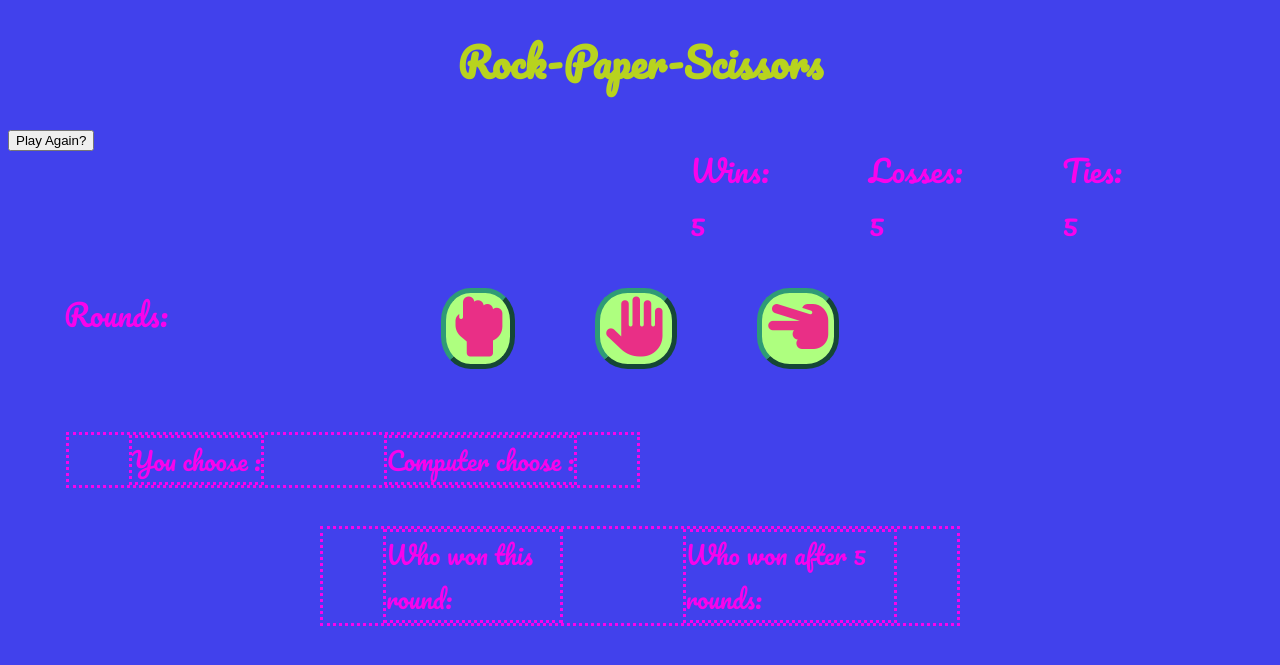
Repository: 0101chaitanya/Rock-Paper-Scissors
Page: index.html
The author's editor kept a copy of each file at every save. The page is drawn from the files as they stood at one save, then again after the next save.
The browser window is 1280 px wide. The pictures show the whole page.
Some web libraries are served in a nearby version.

Above is the page before, as saved 2021-05-15 01:24:27.
Not found: linkk.js

After the next save:
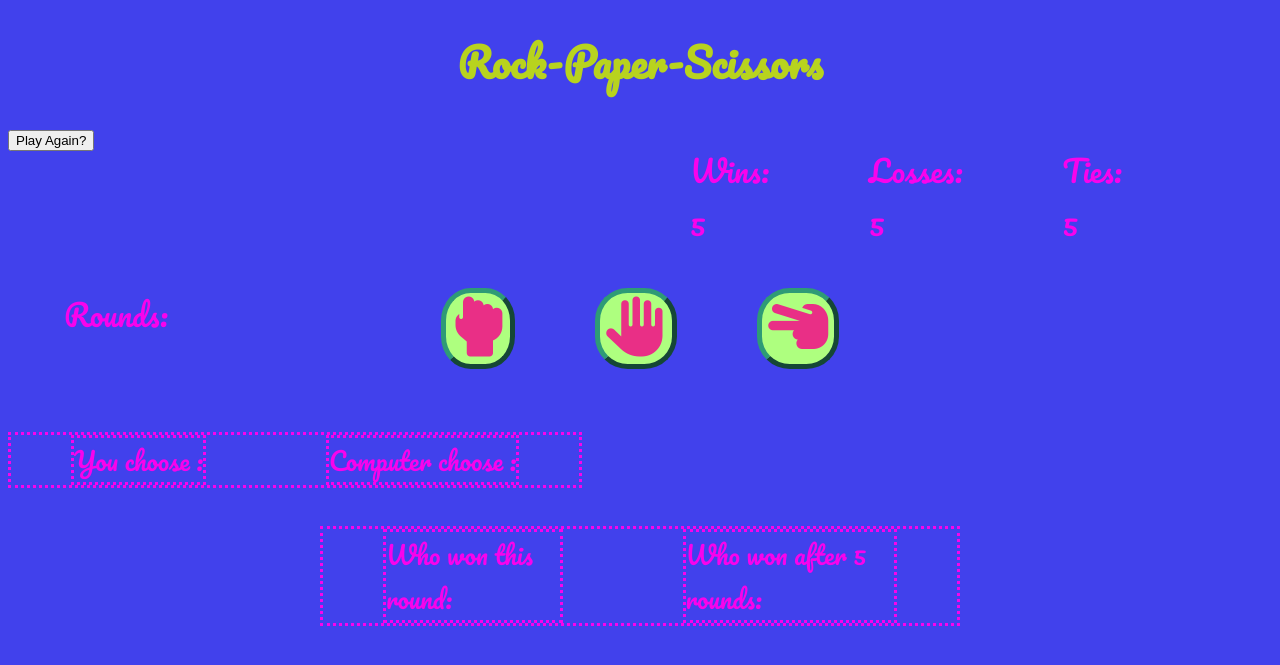
Saved 6 s later.
--- a/style.css
+++ b/style.css
@@ -64,7 +64,7 @@ margin:auto 40px;
     padding: auto;
     border-style:dotted;
 
-right: 50%;
+margin-right: 50%;
 }
 .player {
     margin: auto 60px;
